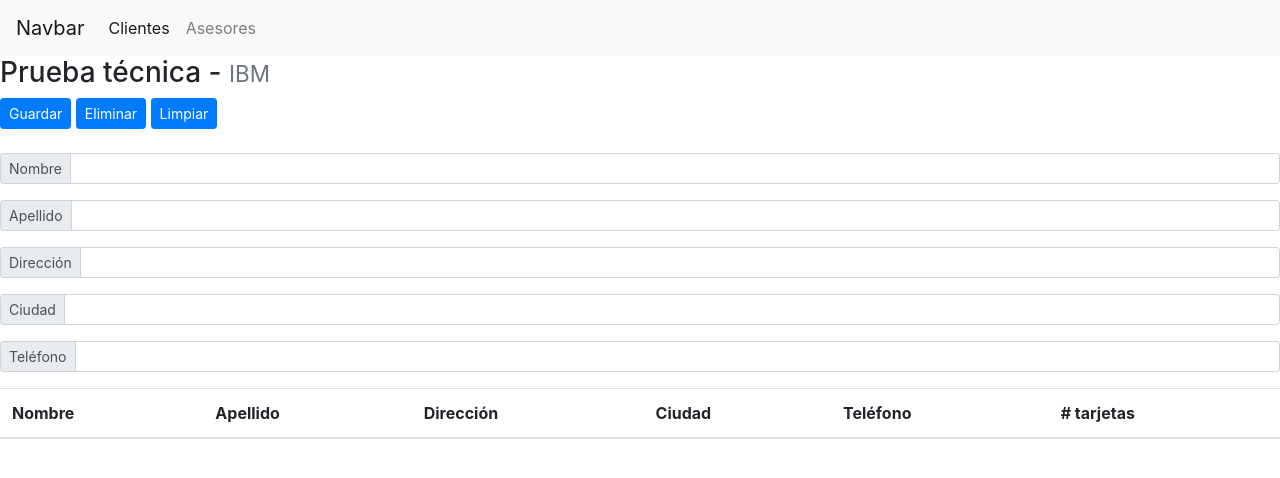
Repository: analozano16/ibm
Page: prueba_banco_war/src/main/webapp/index.html
These files come from the project's save history. The page is drawn as it stood at one moment and after the next save; the edit follows.
The browser window is 1280 px wide. The pictures show the whole page.
Some web libraries are served in a nearby version.

Above is the page before, as saved 2020-02-02 23:21:03.

After the next save:
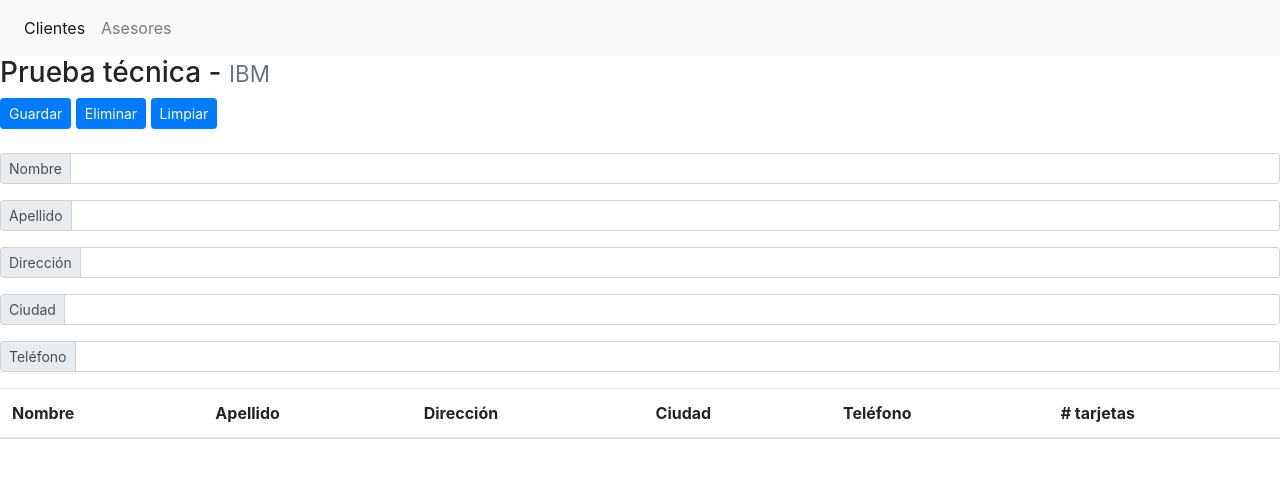
Saved 27 s later.
--- a/prueba_banco_war/src/main/webapp/index.html
+++ b/prueba_banco_war/src/main/webapp/index.html
@@ -13,7 +13,6 @@
 <body>
 
 <nav class="navbar navbar-expand-lg navbar-light bg-light">
-  <a class="navbar-brand" href="#">Navbar</a>
   <button class="navbar-toggler" type="button" data-toggle="collapse" data-target="#navbarNavAltMarkup" aria-controls="navbarNavAltMarkup" aria-expanded="false" aria-label="Toggle navigation">
     <span class="navbar-toggler-icon"></span>
   </button>
